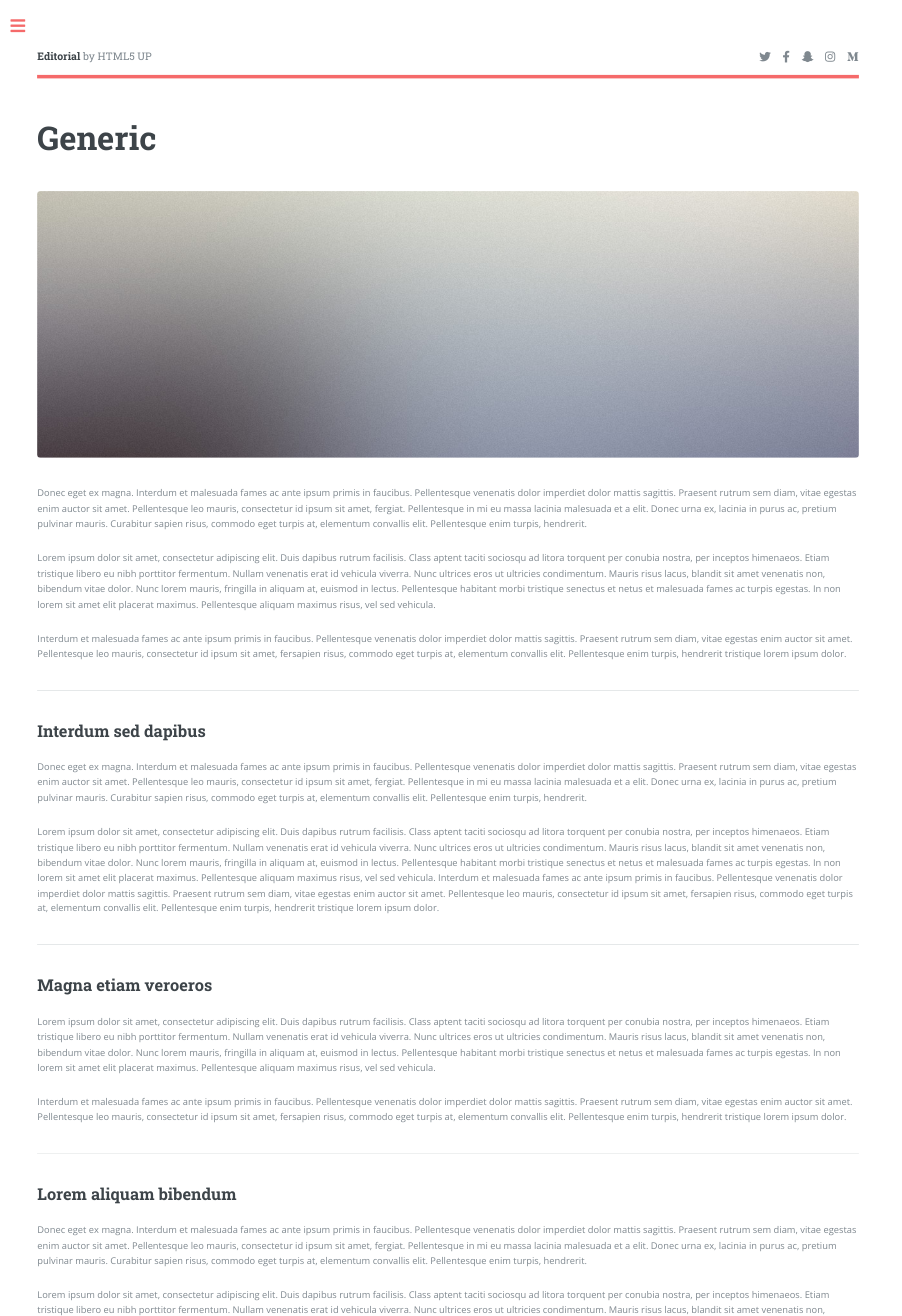
Repository: noCountJun/blog
Page: http://localhost/blogProject2/WEB-INF/views/main/profile.jsp
These files come from the project's save history. The page is drawn as it stood at one moment and after the next save; the edit follows.
The browser window is 1280 px wide. The page is 1280 px wide, then 1288 px, so the pictures cover 1288 px, including what lies to the right of the window. The pictures show the part of the page from y = 0 to 1880 px (the page is 1982 px tall before and 2965 px after), at 70% of full size.
The page is served by Tomcat 9. Nobody is signed in. Other server files are loaded and not shown. The template is opened directly, without the code that normally fills it, so the values that code supplies are empty.

Above is the page before, as saved 2019-08-20 02:08:43.

### blogProject2/src/main/webapp/WEB-INF/views/main/profile.jsp
<%@ page contentType="text/html; charset=utf-8" pageEncoding="utf-8"%>
<%@ taglib uri="http://java.sun.com/jsp/jstl/core" prefix="c" %>
<%@ page session="false" %>


<!DOCTYPE HTML>
<!--
	Editorial by HTML5 UP
	html5up.net | @ajlkn
	Free for personal and commercial use under the CCA 3.0 license (html5up.net/license)
-->
<html>
	<head>
		<title>Generic - Editorial by HTML5 UP</title>
		<meta charset="utf-8" />
		<meta name="viewport" content="width=device-width, initial-scale=1, user-scalable=no" />
		<link rel="stylesheet" href="/resources/assets/css/main.css" />
	</head>
	<body class="is-preload">

		<!-- Wrapper -->
			<div id="wrapper">

				<!-- Main -->
					<div id="main">
						<div class="inner">

							<!-- Header -->
								<header id="header">
									<a href="index.html" class="logo"><strong>Editorial</strong> by HTML5 UP</a>
									<ul class="icons">
										<li><a href="#" class="icon brands fa-twitter"><span class="label">Twitter</span></a></li>
										<li><a href="#" class="icon brands fa-facebook-f"><span class="label">Facebook</span></a></li>
										<li><a href="#" class="icon brands fa-snapchat-ghost"><span class="label">Snapchat</span></a></li>
										<li><a href="#" class="icon brands fa-instagram"><span class="label">Instagram</span></a></li>
										<li><a href="#" class="icon brands fa-medium-m"><span class="label">Medium</span></a></li>
									</ul>
								</header>

							<!-- Content -->
								<section>
									<header class="main">
										<h1>Generic</h1>
									</header>

									<span class="image main"><img src="/resources/images/pic11.jpg" alt="" /></span>

									<p>Donec eget ex magna. Interdum et malesuada fames ac ante ipsum primis in faucibus. Pellentesque venenatis dolor imperdiet dolor mattis sagittis. Praesent rutrum sem diam, vitae egestas enim auctor sit amet. Pellentesque leo mauris, consectetur id ipsum sit amet, fergiat. Pellentesque in mi eu massa lacinia malesuada et a elit. Donec urna ex, lacinia in purus ac, pretium pulvinar mauris. Curabitur sapien risus, commodo eget turpis at, elementum convallis elit. Pellentesque enim turpis, hendrerit.</p>
									<p>Lorem ipsum dolor sit amet, consectetur adipiscing elit. Duis dapibus rutrum facilisis. Class aptent taciti sociosqu ad litora torquent per conubia nostra, per inceptos himenaeos. Etiam tristique libero eu nibh porttitor fermentum. Nullam venenatis erat id vehicula viverra. Nunc ultrices eros ut ultricies condimentum. Mauris risus lacus, blandit sit amet venenatis non, bibendum vitae dolor. Nunc lorem mauris, fringilla in aliquam at, euismod in lectus. Pellentesque habitant morbi tristique senectus et netus et malesuada fames ac turpis egestas. In non lorem sit amet elit placerat maximus. Pellentesque aliquam maximus risus, vel sed vehicula.</p>
									<p>Interdum et malesuada fames ac ante ipsum primis in faucibus. Pellentesque venenatis dolor imperdiet dolor mattis sagittis. Praesent rutrum sem diam, vitae egestas enim auctor sit amet. Pellentesque leo mauris, consectetur id ipsum sit amet, fersapien risus, commodo eget turpis at, elementum convallis elit. Pellentesque enim turpis, hendrerit tristique lorem ipsum dolor.</p>

									<hr class="major" />

									<h2>Interdum sed dapibus</h2>
									<p>Donec eget ex magna. Interdum et malesuada fames ac ante ipsum primis in faucibus. Pellentesque venenatis dolor imperdiet dolor mattis sagittis. Praesent rutrum sem diam, vitae egestas enim auctor sit amet. Pellentesque leo mauris, consectetur id ipsum sit amet, fergiat. Pellentesque in mi eu massa lacinia malesuada et a elit. Donec urna ex, lacinia in purus ac, pretium pulvinar mauris. Curabitur sapien risus, commodo eget turpis at, elementum convallis elit. Pellentesque enim turpis, hendrerit.</p>
									<p>Lorem ipsum dolor sit amet, consectetur adipiscing elit. Duis dapibus rutrum facilisis. Class aptent taciti sociosqu ad litora torquent per conubia nostra, per inceptos himenaeos. Etiam tristique libero eu nibh porttitor fermentum. Nullam venenatis erat id vehicula viverra. Nunc ultrices eros ut ultricies condimentum. Mauris risus lacus, blandit sit amet venenatis non, bibendum vitae dolor. Nunc lorem mauris, fringilla in aliquam at, euismod in lectus. Pellentesque habitant morbi tristique senectus et netus et malesuada fames ac turpis egestas. In non lorem sit amet elit placerat maximus. Pellentesque aliquam maximus risus, vel sed vehicula. Interdum et malesuada fames ac ante ipsum primis in faucibus. Pellentesque venenatis dolor imperdiet dolor mattis sagittis. Praesent rutrum sem diam, vitae egestas enim auctor sit amet. Pellentesque leo mauris, consectetur id ipsum sit amet, fersapien risus, commodo eget turpis at, elementum convallis elit. Pellentesque enim turpis, hendrerit tristique lorem ipsum dolor.</p>

									<hr class="major" />

									<h2>Magna etiam veroeros</h2>
									<p>Lorem ipsum dolor sit amet, consectetur adipiscing elit. Duis dapibus rutrum facilisis. Class aptent taciti sociosqu ad litora torquent per conubia nostra, per inceptos himenaeos. Etiam tristique libero eu nibh porttitor fermentum. Nullam venenatis erat id vehicula viverra. Nunc ultrices eros ut ultricies condimentum. Mauris risus lacus, blandit sit amet venenatis non, bibendum vitae dolor. Nunc lorem mauris, fringilla in aliquam at, euismod in lectus. Pellentesque habitant morbi tristique senectus et netus et malesuada fames ac turpis egestas. In non lorem sit amet elit placerat maximus. Pellentesque aliquam maximus risus, vel sed vehicula.</p>
									<p>Interdum et malesuada fames ac ante ipsum primis in faucibus. Pellentesque venenatis dolor imperdiet dolor mattis sagittis. Praesent rutrum sem diam, vitae egestas enim auctor sit amet. Pellentesque leo mauris, consectetur id ipsum sit amet, fersapien risus, commodo eget turpis at, elementum convallis elit. Pellentesque enim turpis, hendrerit tristique lorem ipsum dolor.</p>

									<hr class="major" />

									<h2>Lorem aliquam bibendum</h2>
									<p>Donec eget ex magna. Interdum et malesuada fames ac ante ipsum primis in faucibus. Pellentesque venenatis dolor imperdiet dolor mattis sagittis. Praesent rutrum sem diam, vitae egestas enim auctor sit amet. Pellentesque leo mauris, consectetur id ipsum sit amet, fergiat. Pellentesque in mi eu massa lacinia malesuada et a elit. Donec urna ex, lacinia in purus ac, pretium pulvinar mauris. Curabitur sapien risus, commodo eget turpis at, elementum convallis elit. Pellentesque enim turpis, hendrerit.</p>
									<p>Lorem ipsum dolor sit amet, consectetur adipiscing elit. Duis dapibus rutrum facilisis. Class aptent taciti sociosqu ad litora torquent per conubia nostra, per inceptos himenaeos. Etiam tristique libero eu nibh porttitor fermentum. Nullam venenatis erat id vehicula viverra. Nunc ultrices eros ut ultricies condimentum. Mauris risus lacus, blandit sit amet venenatis non, bibendum vitae dolor. Nunc lorem mauris, fringilla in aliquam at, euismod in lectus. Pellentesque habitant morbi tristique senectus et netus et malesuada fames ac turpis egestas. In non lorem sit amet elit placerat maximus. Pellentesque aliquam maximus risus, vel sed vehicula.</p>

								</section>

						</div>
					</div>

				<!-- Sidebar -->
					<div id="sidebar">
						<div class="inner">

							<!-- Search -->
								<section id="search" class="alt">
									<form method="post" action="#">
										<input type="text" name="query" id="query" placeholder="Search" />
									</form>
								</section>

							<!-- Menu -->
								<nav id="menu">
									<header class="major">
										<h2>Menu</h2>
									</header>
									<ul>
										<li><a href="index.html">Homepage</a></li>
										<li><a href="generic.html">Generic</a></li>
										<li><a href="elements.html">Elements</a></li>
										<li>
											<span class="opener">Submenu</span>
											<ul>
												<li><a href="#">Lorem Dolor</a></li>
												<li><a href="#">Ipsum Adipiscing</a></li>
												<li><a href="#">Tempus Magna</a></li>
												<li><a href="#">Feugiat Veroeros</a></li>
											</ul>
										</li>
										<li><a href="#">Etiam Dolore</a></li>
										<li><a href="#">Adipiscing</a></li>
										<li>
											<span class="opener">Another Submenu</span>
											<ul>
												<li><a href="#">Lorem Dolor</a></li>
												<li><a href="#">Ipsum Adipiscing</a></li>
												<li><a href="#">Tempus Magna</a></li>
												<li><a href="#">Feugiat Veroeros</a></li>
											</ul>
										</li>
										<li><a href="#">Maximus Erat</a></li>
										<li><a href="#">Sapien Mauris</a></li>
										<li><a href="#">Amet Lacinia</a></li>
									</ul>
								</nav>

							<!-- Section -->
								<section>
									<header class="major">
										<h2>Ante interdum</h2>
									</header>
									<div class="mini-posts">
										<article>
											<a href="#" class="image"><img src="/resources/images/pic07.jpg" alt="" /></a>
											<p>Aenean ornare velit lacus, ac varius enim lorem ullamcorper dolore aliquam.</p>
										</article>
										<article>
											<a href="#" class="image"><img src="/resources/images/pic08.jpg" alt="" /></a>
											<p>Aenean ornare velit lacus, ac varius enim lorem ullamcorper dolore aliquam.</p>
										</article>
										<article>
											<a href="#" class="image"><img src="/resources/images/pic09.jpg" alt="" /></a>
											<p>Aenean ornare velit lacus, ac varius enim lorem ullamcorper dolore aliquam.</p>
										</article>
									</div>
									<ul class="actions">
										<li><a href="#" class="button">More</a></li>
									</ul>
								</section>

							<!-- Section -->
								<section>
									<header class="major">
										<h2>Get in touch</h2>
									</header>
									<p>Sed varius enim lorem ullamcorper dolore aliquam aenean ornare velit lacus, ac varius enim lorem ullamcorper dolore. Proin sed aliquam facilisis ante interdum. Sed nulla amet lorem feugiat tempus aliquam.</p>
									<ul class="contact">
										<li class="icon solid fa-envelope"><a href="#">information@untitled.tld</a></li>
										<li class="icon solid fa-phone">(000) 000-0000</li>
										<li class="icon solid fa-home">1234 Somewhere Road #8254<br />
										Nashville, TN 00000-0000</li>
									</ul>
								</section>

							<!-- Footer -->
								<footer id="footer">
									<p class="copyright">&copy; Untitled. All rights reserved. Demo Images: <a href="https://unsplash.com">Unsplash</a>. Design: <a href="https://html5up.net">HTML5 UP</a>.</p>
								</footer>

						</div>
					</div>

			</div>

		<!-- Scripts -->
			<script src="/resources/assets/js/jquery.min.js"></script>
			<script src="/resources/assets/js/browser.min.js"></script>
			<script src="/resources/assets/js/breakpoints.min.js"></script>
			<script src="/resources/assets/js/util.js"></script>
			<script src="/resources/assets/js/main.js"></script>

	</body>
</html>

Loaded but not shown: blogProject2/src/main/webapp/resources/assets/js/jquery.min.js (library); blogProject2/src/main/webapp/resources/assets/js/browser.min.js (common file); blogProject2/src/main/webapp/resources/assets/js/breakpoints.min.js (common file); blogProject2/src/main/webapp/resources/assets/css/fontawesome-all.min.css (library); blogProject2/src/main/webapp/resources/assets/js/util.js (587 lines, source omitted); blogProject2/src/main/webapp/resources/assets/js/main.js (263 lines, source omitted); blogProject2/src/main/webapp/resources/assets/css/main.css (3606 lines, source omitted)

After the next save:
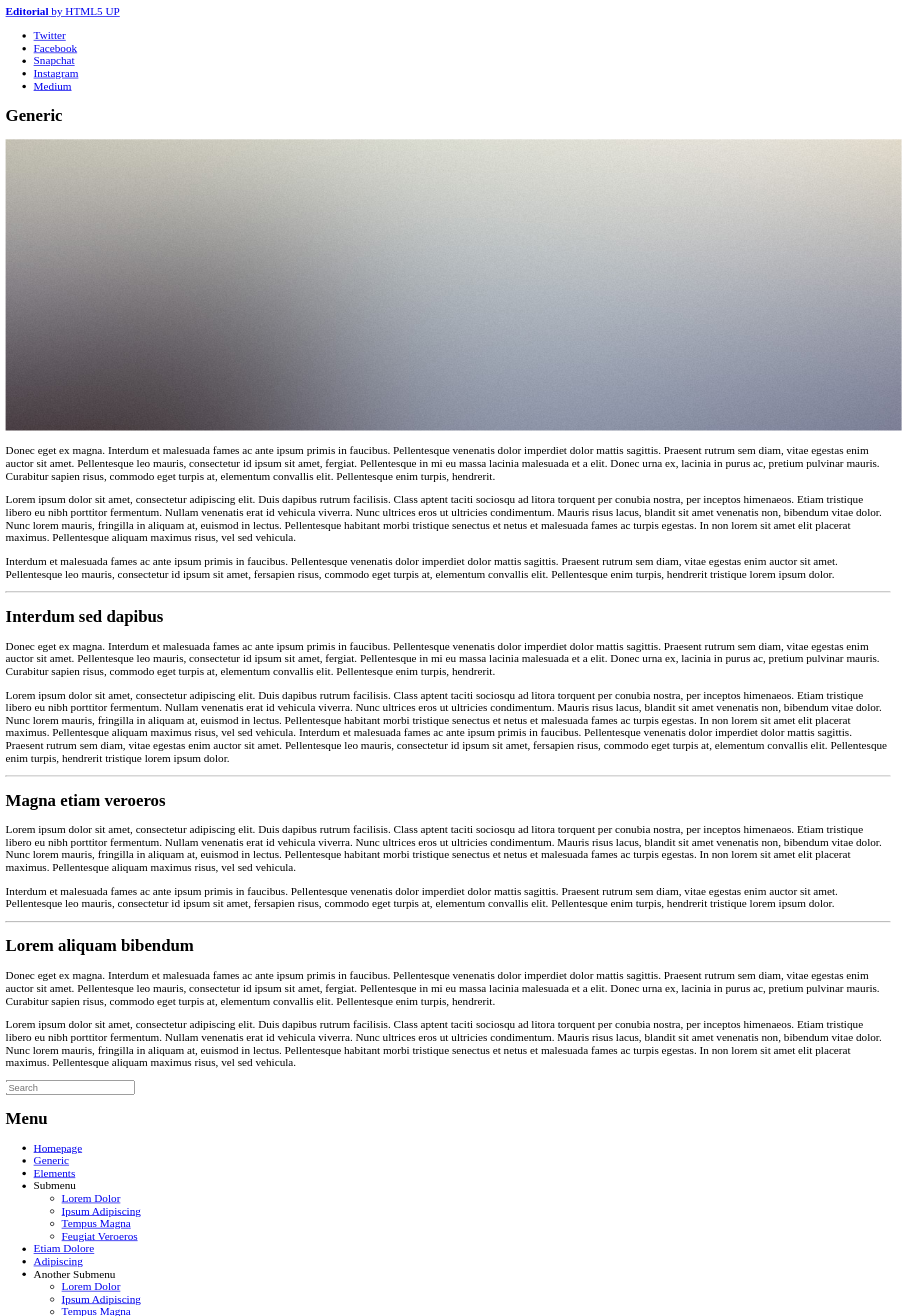
Saved 4 min 56 s later.
--- a/blogProject2/src/main/webapp/WEB-INF/views/main/profile.jsp
+++ b/blogProject2/src/main/webapp/WEB-INF/views/main/profile.jsp
@@ -9,14 +9,6 @@
 	html5up.net | @ajlkn
 	Free for personal and commercial use under the CCA 3.0 license (html5up.net/license)
 -->
-<html>
-	<head>
-		<title>Generic - Editorial by HTML5 UP</title>
-		<meta charset="utf-8" />
-		<meta name="viewport" content="width=device-width, initial-scale=1, user-scalable=no" />
-		<link rel="stylesheet" href="/resources/assets/css/main.css" />
-	</head>
-	<body class="is-preload">
 
 		<!-- Wrapper -->
 			<div id="wrapper">
@@ -165,13 +157,3 @@
 					</div>
 
 			</div>
-
-		<!-- Scripts -->
-			<script src="/resources/assets/js/jquery.min.js"></script>
-			<script src="/resources/assets/js/browser.min.js"></script>
-			<script src="/resources/assets/js/breakpoints.min.js"></script>
-			<script src="/resources/assets/js/util.js"></script>
-			<script src="/resources/assets/js/main.js"></script>
-
-	</body>
-</html>
